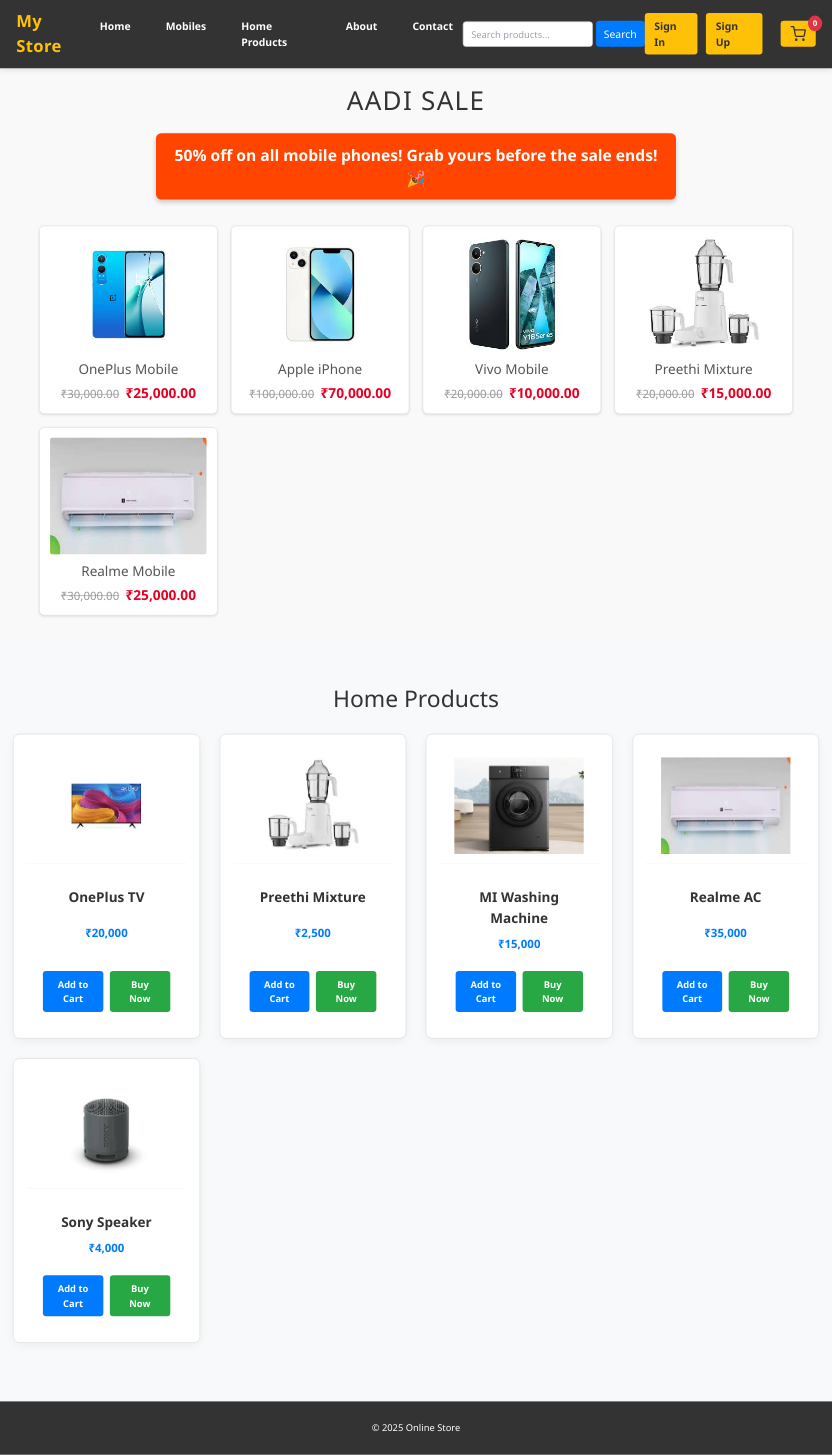
Repository: Sanjaieswaran/Ecommerce
Page: / (app in my-app/)
These files come from the project's save history. The page is drawn as it stood at one moment and after the next save; the edit follows.
The browser window is 1280 px wide. The pictures show the whole page, at 65% of full size.
The project was rebuilt for these pictures with package versions that can differ from the ones it lists, and the page was loaded fresh each time. Also part of the build but not shown: my-app/src/Mobiles.js, my-app/src/about.css, my-app/src/about.js, my-app/src/contact.css, my-app/src/contact.js, my-app/src/CartItem.js, my-app/src/CartSummary.js, my-app/src/components/CheckoutForm.css and 7 more.

Above is the page before, as saved 2025-09-11 11:31:42.

After the next save:
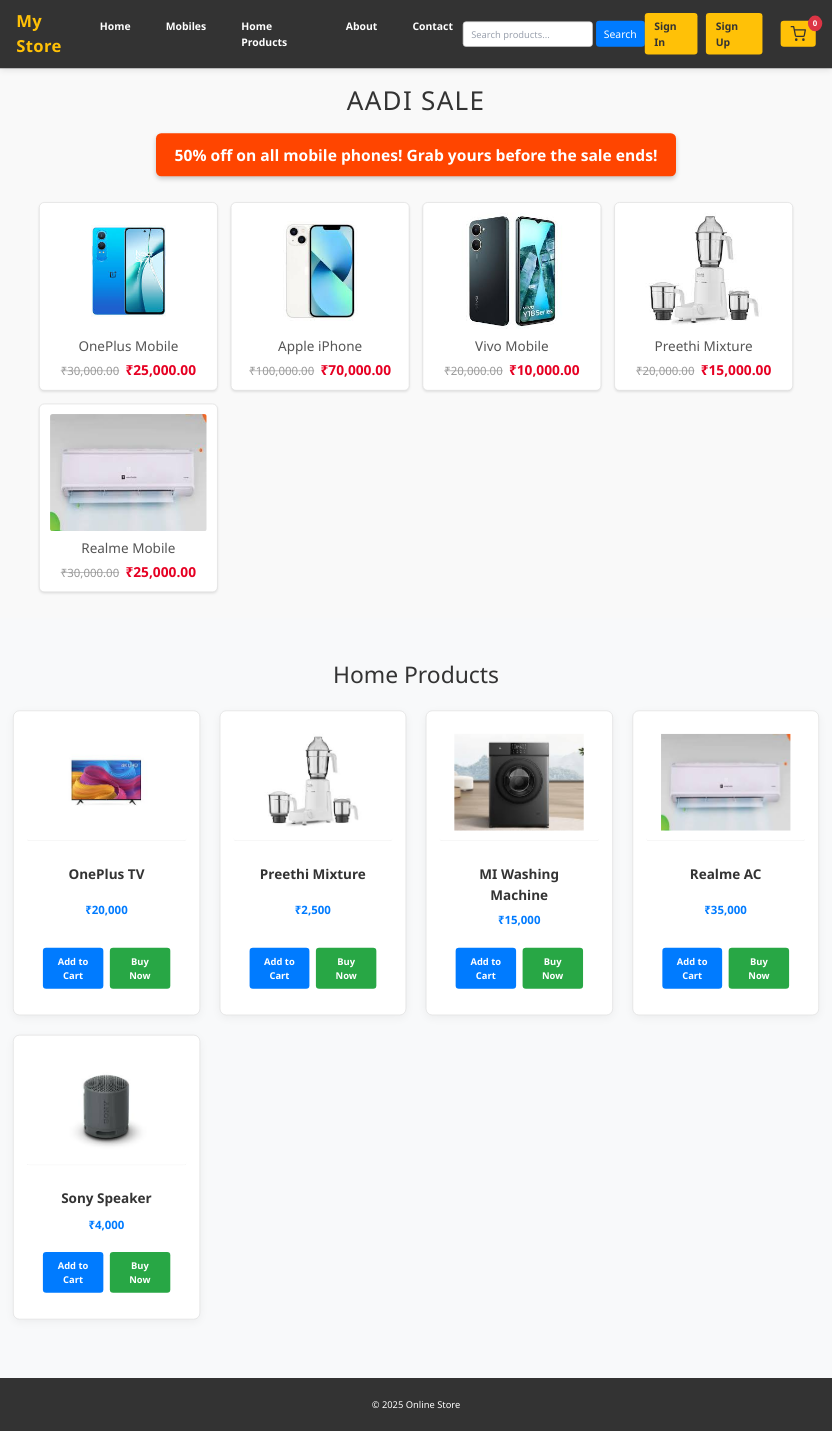
Saved 4 s later.
--- a/my-app/src/Offer.js
+++ b/my-app/src/Offer.js
@@ -7,7 +7,7 @@
     <h2>Aadi Sale</h2>
     <div className="slider-container" role="region" aria-live="polite" aria-atomic="true">
         <div className="offer-text">
-             50% off on all mobile phones! Grab yours before the sale ends! 🎉
+             50% off on all mobile phones! Grab yours before the sale ends!
         </div>
     </div>
     <div className="class-grid">
